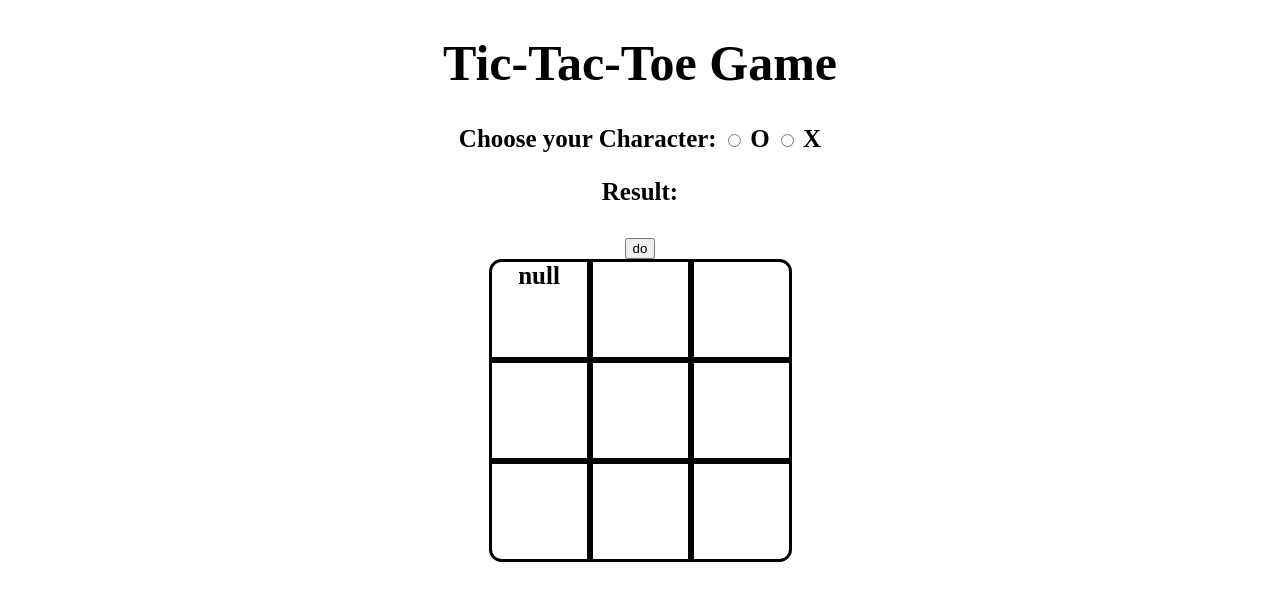
Repository: 0101chaitanya/Tic-Tac-Toe
Page: index.html
These files come from the project's save history. The page is drawn as it stood at one moment and after the next save; the edit follows.
The browser window is 1280 px wide. The pictures show the whole page.
After loading, the first visible `#r1Column1` was clicked once.

Above is the page before, as saved 2021-06-10 21:18:00.
Console error: TypeError: document.querySelector(...).submit is not a function

After the next save:
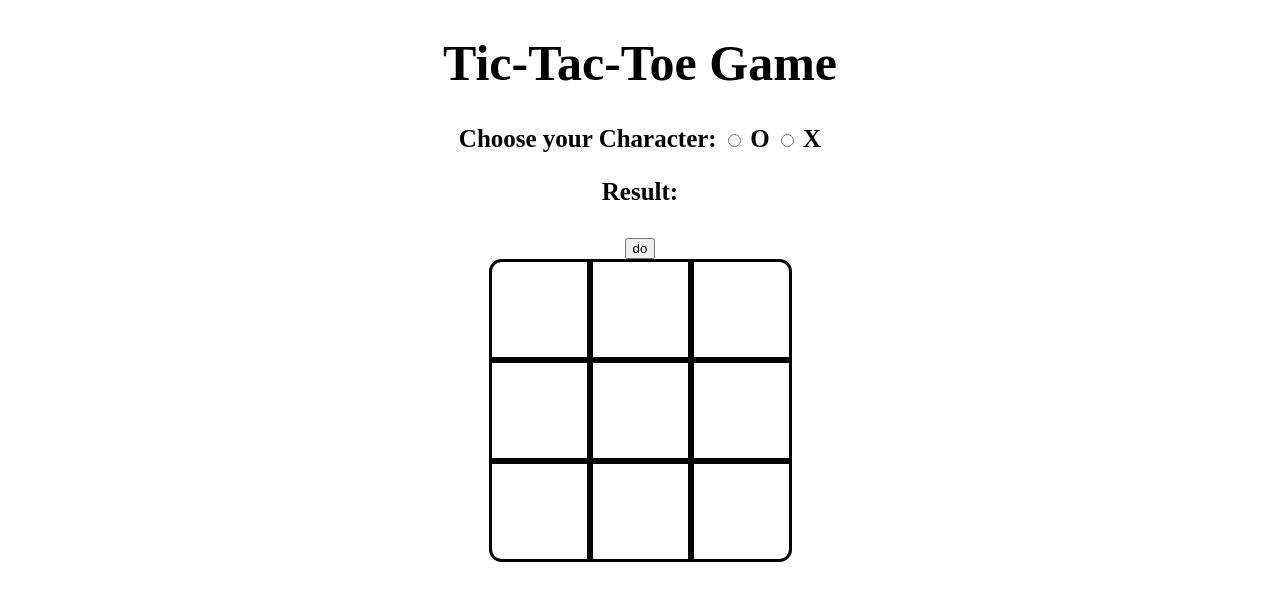
Saved 14 h 9 min later.
--- a/script.js
+++ b/script.js
@@ -16,11 +16,10 @@ let eventFun = (function () {
     };
     let setOutput = function (e, index) {
 
-        //e.target.textContent = ;
-        window[`${index}` + 'text'] = runningCharacter;
+/*         window[`${index}` + 'text'] = runningCharacter;
         console.log(window[`${index}` + 'text']);
         localStorage.setItem(`${index}` + 'text', window[`${index}` + 'text']);
-        e.target.removeEventListener('click', e => setOutput(e));
+ */        e.target.removeEventListener('click', e => setOutput(e));
         switchRunChar();
         setContent(index);
         document.querySelector('#gameSquare').submit('gameSquare').submit();
@@ -38,12 +37,7 @@ let eventFun = (function () {
     let a1 = [0, 1, 2];
     checkWin(...a1);//...a1
     function checkWin(x, y, z) {
-        //  let checkBox = "";
-        //return array[x].textContent + array[y].textContent + array[z].textContent;
-        /*   console.log(`${checkBox} won`);
 
-          if (checkBox === 'XXX' || checkBox === 'OOO') {
-          }*/
     }
 
     return { checkWin, user1Selection, user2Selection, array, setOutput };
